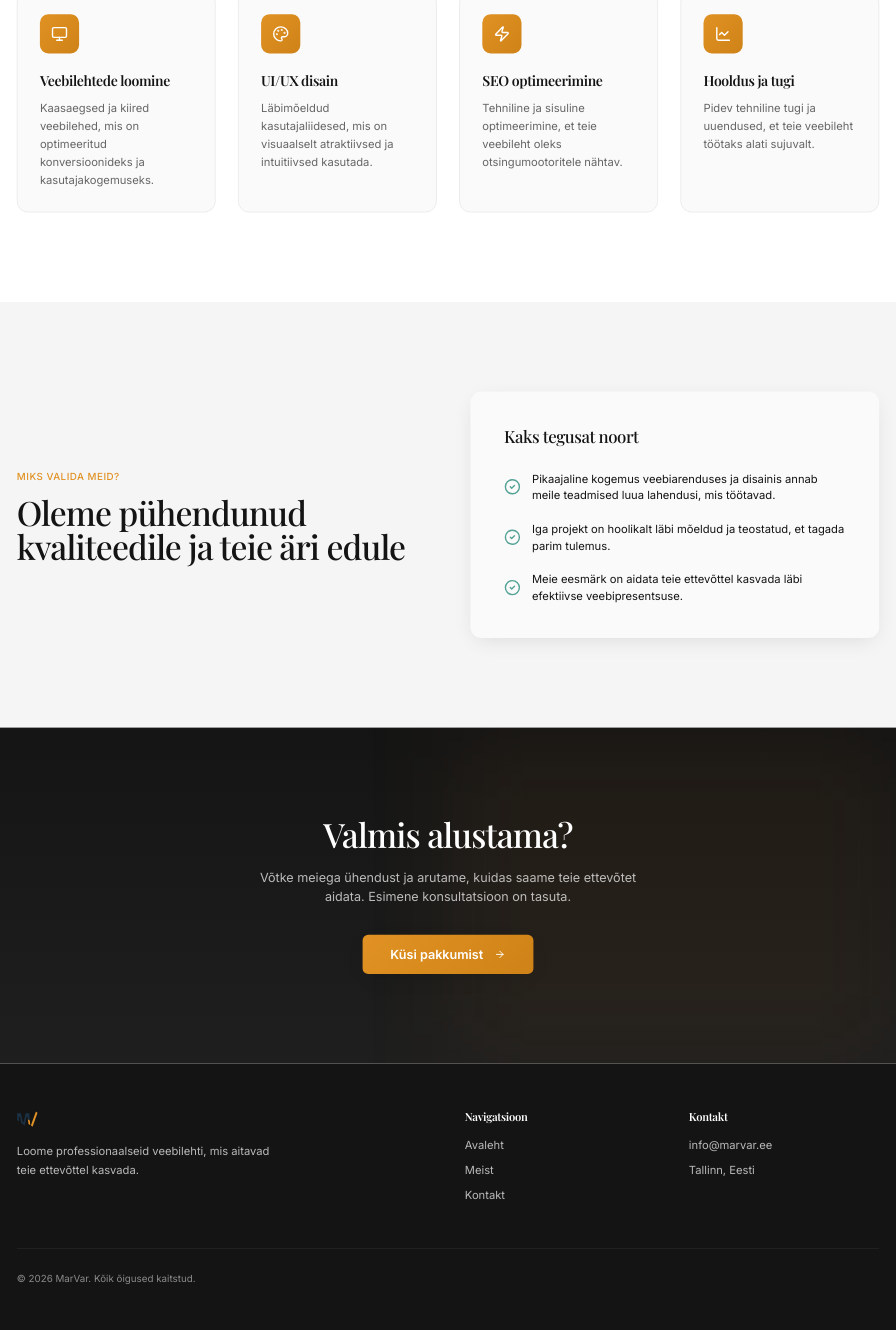
Repository: marvar-tarkvara/MARVAR-LEHT
Page: /
An editor plug-in stored every save of this project. The page is shown before and after the next save, followed by the edit.
The browser window is 1280 px wide. The pictures show the part of the page from y = 1069 to 2989 px (the page is 2969 px tall before and 2989 px after), at 70% of full size.
Some web fonts or font styles are not loaded; a fallback is used. The project was rebuilt for these pictures with package versions that can differ from the ones it lists, and the page was loaded fresh each time. The framework's server and built-in components were replaced by stand-ins that run in the browser. Also part of the build but not shown: next.config.ts, components/ui/tooltip.tsx.

Above is the page before, as saved 2026-01-18 22:50:34.

### app/layout.tsx
import type { Metadata } from "next";
import { Inter, Playfair_Display } from "next/font/google";
import { LanguageProvider } from "@/contexts/LanguageContext";
import { Toaster } from "@/components/ui/toaster";
import { TooltipProvider } from "@/components/ui/tooltip";
import "./globals.css";

const inter = Inter({
  subsets: ["latin"],
  variable: "--font-inter",
});

const playfair = Playfair_Display({
  subsets: ["latin"],
  variable: "--font-playfair",
});

export const metadata: Metadata = {
  title: "MarVar - Veebilehtede loomine",
  description: "Professionaalsed ja konversioonile suunatud veebilehed, mis aitavad teie ettevõttel kasvada. Minimalistlik disain, maksimaalne mõju.",
  icons: {
    icon: "/marvar.svg",
    apple: "/marvar.svg",
  },
};

export default function RootLayout({
  children,
}: Readonly<{
  children: React.ReactNode;
}>) {
  return (
    <html lang="et" suppressHydrationWarning>
      <body className={`${inter.variable} ${playfair.variable} antialiased`}>
        <LanguageProvider>
          <TooltipProvider>
            {children}
            <Toaster />
          </TooltipProvider>
        </LanguageProvider>
      </body>
    </html>
  );
}

### app/page.tsx
import Layout from "@/components/layout/Layout";
import Hero from "@/components/sections/Hero";
import Services from "@/components/sections/Services";
import Trust from "@/components/sections/Trust";
import CTA from "@/components/sections/CTA";

export default function Home() {
  return (
    <Layout>
      <Hero />
      <Services />
      <Trust />
      <CTA />
    </Layout>
  );
}

### components/ui/toaster.tsx
"use client";

import { useToast } from "@/hooks/use-toast";
import { Toast, ToastClose, ToastDescription, ToastProvider, ToastTitle, ToastViewport } from "@/components/ui/toast";

export function Toaster() {
  const { toasts } = useToast();

  return (
    <ToastProvider>
      {toasts.map(function ({ id, title, description, action, ...props }) {
        return (
          <Toast key={id} {...props}>
            <div className="grid gap-1">
              {title && <ToastTitle>{title}</ToastTitle>}
              {description && <ToastDescription>{description}</ToastDescription>}
            </div>
            {action}
            <ToastClose />
          </Toast>
        );
      })}
      <ToastViewport />
    </ToastProvider>
  );
}

### app/globals.css
@tailwind base;
@tailwind components;
@tailwind utilities;

@layer base {
  :root {
    --background: 0 0% 100%;
    --foreground: 0 0% 8%;

    --card: 0 0% 98%;
    --card-foreground: 0 0% 8%;

    --popover: 0 0% 100%;
    --popover-foreground: 0 0% 8%;

    --primary: 0 0% 8%;
    --primary-foreground: 0 0% 100%;

    --secondary: 0 0% 96%;
    --secondary-foreground: 0 0% 8%;

    --muted: 0 0% 94%;
    --muted-foreground: 0 0% 40%;

    --accent: 35 76% 51%;
    --accent-foreground: 0 0% 100%;

    --teal: 170 32% 48%;
    --teal-foreground: 0 0% 100%;

    --destructive: 0 84% 60%;
    --destructive-foreground: 0 0% 100%;

    --border: 0 0% 90%;
    --input: 0 0% 90%;
    --ring: 35 76% 51%;

    --radius: 0.5rem;

    --gradient-accent: linear-gradient(135deg, hsl(35, 76%, 51%) 0%, hsl(35, 80%, 45%) 100%);
    --gradient-teal: linear-gradient(135deg, hsl(170, 32%, 48%) 0%, hsl(170, 35%, 40%) 100%);
    --gradient-dark: linear-gradient(180deg, hsl(0, 0%, 8%) 0%, hsl(0, 0%, 12%) 100%);

    --shadow-soft: 0 4px 24px -4px hsl(0 0% 0% / 0.08);
    --shadow-card: 0 8px 32px -8px hsl(0 0% 0% / 0.12);
    --shadow-elevated: 0 16px 48px -12px hsl(0 0% 0% / 0.16);
  }

  .dark {
    --background: 0 0% 6%;
    --foreground: 0 0% 96%;

    --card: 0 0% 10%;
    --card-foreground: 0 0% 96%;

    --popover: 0 0% 8%;
    --popover-foreground: 0 0% 96%;

    --primary: 0 0% 96%;
    --primary-foreground: 0 0% 6%;

    --secondary: 0 0% 14%;
    --secondary-foreground: 0 0% 96%;

    --muted: 0 0% 16%;
    --muted-foreground: 0 0% 60%;

    --accent: 35 76% 51%;
    --accent-foreground: 0 0% 100%;

    --teal: 170 32% 48%;
    --teal-foreground: 0 0% 100%;

    --destructive: 0 62% 50%;
    --destructive-foreground: 0 0% 100%;

    --border: 0 0% 18%;
    --input: 0 0% 18%;
    --ring: 35 76% 51%;

    --shadow-soft: 0 4px 24px -4px hsl(0 0% 0% / 0.4);
    --shadow-card: 0 8px 32px -8px hsl(0 0% 0% / 0.5);
    --shadow-elevated: 0 16px 48px -12px hsl(0 0% 0% / 0.6);
  }
}

@layer base {
  * {
    @apply border-border;
  }

  html {
    scroll-behavior: smooth;
  }

  body {
    @apply bg-background text-foreground font-sans antialiased;
  }

  h1, h2, h3, h4, h5, h6 {
    @apply font-display font-medium tracking-tight;
  }
}

@layer utilities {
  .text-gradient-accent {
    @apply bg-clip-text text-transparent;
    background-image: var(--gradient-accent);
  }

  .text-gradient-teal {
    @apply bg-clip-text text-transparent;
    background-image: var(--gradient-teal);
  }

  .bg-gradient-accent {
    background: var(--gradient-accent);
  }

  .bg-gradient-teal {
    background: var(--gradient-teal);
  }

  .bg-gradient-dark {
    background: var(--gradient-dark);
  }

  .shadow-soft {
    box-shadow: var(--shadow-soft);
  }

  .shadow-card {
    box-shadow: var(--shadow-card);
  }

  .shadow-elevated {
    box-shadow: var(--shadow-elevated);
  }
}

### components/layout/Layout.tsx
import { ReactNode } from "react";
import Header from "./Header";
import Footer from "./Footer";

interface LayoutProps {
  children: ReactNode;
}

const Layout = ({ children }: LayoutProps) => {
  return (
    <div className="min-h-screen flex flex-col">
      <Header />
      <main className="flex-1 pt-20">{children}</main>
      <Footer />
    </div>
  );
};

export default Layout;

### components/sections/Hero.tsx
"use client";

import { motion } from "framer-motion";
import Link from "next/link";
import { ArrowRight } from "lucide-react";
import { Button } from "@/components/ui/button";
import { useLanguage } from "@/contexts/LanguageContext";

const Hero = () => {
  const { t } = useLanguage();

  return (
    <section className="relative min-h-[90vh] flex items-center justify-center overflow-hidden bg-gradient-dark">
      {/* Background Pattern */}
      <div className="absolute inset-0 opacity-5">
        <div className="absolute inset-0" style={{
          backgroundImage: `radial-gradient(circle at 1px 1px, hsl(var(--foreground)) 1px, transparent 0)`,
          backgroundSize: '40px 40px'
        }} />
      </div>

      {/* Accent Glow */}
      <div className="absolute top-1/4 right-1/4 w-96 h-96 bg-accent/10 rounded-full blur-3xl" />
      <div className="absolute bottom-1/4 left-1/4 w-96 h-96 bg-teal/10 rounded-full blur-3xl" />

      <div className="container mx-auto px-6 relative z-10">
        <div className="max-w-4xl mx-auto text-center">
          <motion.h1
            initial={{ opacity: 0 }}
            animate={{ opacity: 1 }}
            transition={{ duration: 0.5 }}
            className="text-4xl md:text-6xl lg:text-7xl font-display font-medium text-primary-foreground leading-tight"
          >
            {t("hero.title")}{" "}
            <span className="text-gradient-accent">{t("hero.titleHighlight")}</span>
          </motion.h1>

          <motion.p
            initial={{ opacity: 0 }}
            animate={{ opacity: 1 }}
            transition={{ duration: 0.5, delay: 0.1 }}
            className="mt-8 text-lg md:text-xl text-primary-foreground/70 max-w-2xl mx-auto leading-relaxed"
          >
            {t("hero.description")}
          </motion.p>

          <motion.div
            initial={{ opacity: 0 }}
            animate={{ opacity: 1 }}
            transition={{ duration: 0.5, delay: 0.2 }}
            className="mt-12 flex flex-col sm:flex-row gap-4 justify-center"
          >
            <Button variant="hero" asChild>
              <Link href="/kontakt">
                {t("hero.cta")}
                <ArrowRight className="w-5 h-5 ml-2" />
              </Link>
            </Button>
          </motion.div>
        </div>
      </div>

      {/* Scroll Indicator */}
      <motion.div
        initial={{ opacity: 0 }}
        animate={{ opacity: 1 }}
        transition={{ delay: 0.6, duration: 0.5 }}
        className="absolute bottom-8 left-1/2 -translate-x-1/2"
      >
        <div className="w-6 h-10 rounded-full border-2 border-primary-foreground/30 flex justify-center pt-2">
          <motion.div
            animate={{ y: [0, 12, 0] }}
            transition={{ duration: 1.5, repeat: Infinity }}
            className="w-1.5 h-1.5 rounded-full bg-accent"
          />
        </div>
      </motion.div>
    </section>
  );
};

export default Hero;

### components/sections/Services.tsx
"use client";

import { motion } from "framer-motion";
import { Monitor, Palette, Zap, LineChart } from "lucide-react";
import { useLanguage } from "@/contexts/LanguageContext";

const Services = () => {
  const { t } = useLanguage();

  const services = [
    {
      icon: Monitor,
      title: t("services.web.title"),
      description: t("services.web.description"),
    },
    {
      icon: Palette,
      title: t("services.design.title"),
      description: t("services.design.description"),
    },
    {
      icon: Zap,
      title: t("services.seo.title"),
      description: t("services.seo.description"),
    },
    {
      icon: LineChart,
      title: t("services.maintenance.title"),
      description: t("services.maintenance.description"),
    },
  ];

  return (
    <section className="py-24 md:py-32 bg-background">
      <div className="container mx-auto px-6">
        <motion.div
          initial={{ opacity: 0 }}
          whileInView={{ opacity: 1 }}
          viewport={{ once: true, margin: "-50px" }}
          transition={{ duration: 0.4 }}
          className="text-center mb-16"
        >
          <span className="text-teal text-sm font-medium uppercase tracking-wider">
            {t("services.title")}
          </span>
          <h2 className="mt-4 text-3xl md:text-4xl lg:text-5xl font-display font-medium">
            {t("services.subtitle")}
          </h2>
        </motion.div>

        <div className="grid grid-cols-1 md:grid-cols-2 lg:grid-cols-4 gap-8">
          {services.map((service, index) => (
            <motion.div
              key={index}
              initial={{ opacity: 0 }}
              whileInView={{ opacity: 1 }}
              viewport={{ once: true, margin: "-30px" }}
              transition={{ duration: 0.4, delay: index * 0.05 }}
              className="group p-8 rounded-2xl bg-card border border-border hover:border-accent/30 transition-all duration-300 hover:shadow-card"
            >
              <div className="w-14 h-14 rounded-xl bg-gradient-accent flex items-center justify-center mb-6 group-hover:scale-110 transition-transform duration-300">
                <service.icon className="w-6 h-6 text-accent-foreground" />
              </div>
              <h3 className="text-xl font-semibold mb-3">{service.title}</h3>
              <p className="text-muted-foreground leading-relaxed">
                {service.description}
              </p>
            </motion.div>
          ))}
        </div>
      </div>
    </section>
  );
};

export default Services;

### components/sections/Trust.tsx
"use client";

import { motion } from "framer-motion";
import { CheckCircle2 } from "lucide-react";
import { useLanguage } from "@/contexts/LanguageContext";

const Trust = () => {
  const { t } = useLanguage();

  const features = [
    t("trust.experience.description"),
    t("trust.quality.description"),
    t("trust.results.description"),
  ];

  return (
    <section className="py-24 md:py-32 bg-secondary">
      <div className="container mx-auto px-6">
        <div className="grid grid-cols-1 lg:grid-cols-2 gap-16 items-center">
          {/* Title */}
          <motion.div
            initial={{ opacity: 0 }}
            whileInView={{ opacity: 1 }}
            viewport={{ once: true, margin: "-50px" }}
            transition={{ duration: 0.4 }}
          >
            <span className="text-accent text-sm font-medium uppercase tracking-wider">
              {t("trust.title")}
            </span>
            <h2 className="mt-4 text-3xl md:text-4xl lg:text-5xl font-display font-medium leading-tight">
              {t("trust.subtitle")}
            </h2>
          </motion.div>

          {/* Features */}
          <motion.div
            initial={{ opacity: 0 }}
            whileInView={{ opacity: 1 }}
            viewport={{ once: true, margin: "-50px" }}
            transition={{ duration: 0.4, delay: 0.1 }}
            className="bg-card rounded-2xl p-8 md:p-12 shadow-card"
          >
            <h3 className="text-2xl font-display font-medium mb-8">
              {t("trust.experience.title")}
            </h3>
            <div className="space-y-6">
              {features.map((feature, index) => (
                <motion.div
                  key={index}
                  initial={{ opacity: 0 }}
                  whileInView={{ opacity: 1 }}
                  viewport={{ once: true }}
                  transition={{ duration: 0.3, delay: 0.15 + index * 0.05 }}
                  className="flex items-center gap-4"
                >
                  <CheckCircle2 className="w-6 h-6 text-teal flex-shrink-0" />
                  <span className="text-foreground">{feature}</span>
                </motion.div>
              ))}
            </div>
          </motion.div>
        </div>
      </div>
    </section>
  );
};

export default Trust;

### components/sections/CTA.tsx
"use client";

import { motion } from "framer-motion";
import Link from "next/link";
import { ArrowRight } from "lucide-react";
import { Button } from "@/components/ui/button";
import { useLanguage } from "@/contexts/LanguageContext";

const CTA = () => {
  const { t } = useLanguage();

  return (
    <section className="py-24 md:py-32 bg-gradient-dark relative overflow-hidden">
      {/* Background Accent */}
      <div className="absolute top-0 right-0 w-1/2 h-full bg-accent/5 blur-3xl" />

      <div className="container mx-auto px-6 relative z-10">
        <motion.div
          initial={{ opacity: 0 }}
          whileInView={{ opacity: 1 }}
          viewport={{ once: true, margin: "-50px" }}
          transition={{ duration: 0.4 }}
          className="max-w-3xl mx-auto text-center"
        >
          <h2 className="text-3xl md:text-4xl lg:text-5xl font-display font-medium text-primary-foreground leading-tight">
            {t("cta.title")}
          </h2>
          <p className="mt-6 text-lg text-primary-foreground/70 max-w-xl mx-auto">
            {t("cta.description")}
          </p>
          <motion.div
            initial={{ opacity: 0 }}
            whileInView={{ opacity: 1 }}
            viewport={{ once: true }}
            transition={{ duration: 0.4, delay: 0.1 }}
            className="mt-10"
          >
            <Button variant="hero" size="xl" asChild>
              <Link href="/kontakt">
                {t("cta.button")}
                <ArrowRight className="w-5 h-5 ml-2" />
              </Link>
            </Button>
          </motion.div>
        </motion.div>
      </div>
    </section>
  );
};

export default CTA;

### components/layout/Footer.tsx
"use client";

import Link from "next/link";
import Image from "next/image";
import { useLanguage } from "@/contexts/LanguageContext";

const Footer = () => {
  const { t } = useLanguage();

  return (
    <footer className="bg-primary text-primary-foreground py-16">
      <div className="container mx-auto px-6">
        <div className="grid grid-cols-1 md:grid-cols-4 gap-12">
          {/* Brand */}
          <div className="md:col-span-2">
            <Link href="/">
              <Image src="/marvar.svg" alt="MarVar logo" width={32} height={32} className="h-8 w-8" />
            </Link>
            <p className="mt-4 text-primary-foreground/70 max-w-sm leading-relaxed">
              {t("footer.description")}
            </p>
          </div>

          {/* Navigation */}
          <div>
            <h4 className="font-semibold mb-4">{t("footer.navigation")}</h4>
            <nav className="flex flex-col gap-3">
              <Link href="/" className="text-primary-foreground/70 hover:text-accent transition-colors">
                {t("nav.home")}
              </Link>
              <Link href="/meist" className="text-primary-foreground/70 hover:text-accent transition-colors">
                {t("nav.about")}
              </Link>
              <Link href="/kontakt" className="text-primary-foreground/70 hover:text-accent transition-colors">
                {t("nav.contact")}
              </Link>
            </nav>
          </div>

          {/* Contact */}
          <div>
            <h4 className="font-semibold mb-4">{t("footer.contact")}</h4>
            <div className="flex flex-col gap-3 text-primary-foreground/70">
              <a href="mailto:info@marvar.ee" className="hover:text-accent transition-colors">
                info@marvar.ee
              </a>
              <p>Tallinn, Eesti</p>
            </div>
          </div>
        </div>

        <div className="mt-16 pt-8 border-t border-primary-foreground/10 flex flex-col md:flex-row justify-between items-center gap-4">
          <p className="text-sm text-primary-foreground/50">
            © {new Date().getFullYear()} MarVar. {t("footer.rights")}
          </p>
        </div>
      </div>
    </footer>
  );
};

export default Footer;

### components/ui/button.tsx
import * as React from "react";
import { Slot } from "@radix-ui/react-slot";
import { cva, type VariantProps } from "class-variance-authority";

import { cn } from "@/lib/utils";

const buttonVariants = cva(
  "inline-flex items-center justify-center gap-2 whitespace-nowrap rounded-md text-sm font-medium ring-offset-background transition-all duration-300 focus-visible:outline-none focus-visible:ring-2 focus-visible:ring-ring focus-visible:ring-offset-2 disabled:pointer-events-none disabled:opacity-50 [&_svg]:pointer-events-none [&_svg]:size-4 [&_svg]:shrink-0",
  {
    variants: {
      variant: {
        default: "bg-primary text-primary-foreground hover:bg-primary/90",
        destructive: "bg-destructive text-destructive-foreground hover:bg-destructive/90",
        outline: "border border-input bg-background hover:bg-accent hover:text-accent-foreground",
        secondary: "bg-secondary text-secondary-foreground hover:bg-secondary/80",
        ghost: "hover:bg-accent hover:text-accent-foreground",
        link: "text-primary underline-offset-4 hover:underline",
        accent: "bg-gradient-accent text-accent-foreground hover:opacity-90 shadow-soft hover:shadow-card",
        teal: "bg-gradient-teal text-teal-foreground hover:opacity-90 shadow-soft hover:shadow-card",
        hero: "bg-gradient-accent text-accent-foreground text-base font-semibold px-8 py-6 rounded-lg shadow-card hover:shadow-elevated hover:scale-[1.02] active:scale-[0.98]",
        heroOutline: "border-2 border-accent text-accent hover:bg-accent hover:text-accent-foreground text-base font-semibold px-8 py-6 rounded-lg",
      },
      size: {
        default: "h-10 px-4 py-2",
        sm: "h-9 rounded-md px-3",
        lg: "h-12 rounded-md px-8 text-base",
        xl: "h-14 rounded-lg px-10 text-lg",
        icon: "h-10 w-10",
      },
    },
    defaultVariants: {
      variant: "default",
      size: "default",
    },
  },
);

export interface ButtonProps
  extends React.ButtonHTMLAttributes<HTMLButtonElement>,
    VariantProps<typeof buttonVariants> {
  asChild?: boolean;
}

const Button = React.forwardRef<HTMLButtonElement, ButtonProps>(
  ({ className, variant, size, asChild = false, ...props }, ref) => {
    const Comp = asChild ? Slot : "button";
    return <Comp className={cn(buttonVariants({ variant, size, className }))} ref={ref} {...props} />;
  },
);
Button.displayName = "Button";

export { Button, buttonVariants };

Loaded but not shown: lib/utils.ts (common file); contexts/LanguageContext.tsx (242 lines, source omitted); components/ui/toast.tsx (113 lines, source omitted); components/layout/Header.tsx (129 lines, source omitted); hooks/use-toast.ts (186 lines, source omitted); tailwind.config.ts (99 lines, source omitted)

After the next save:
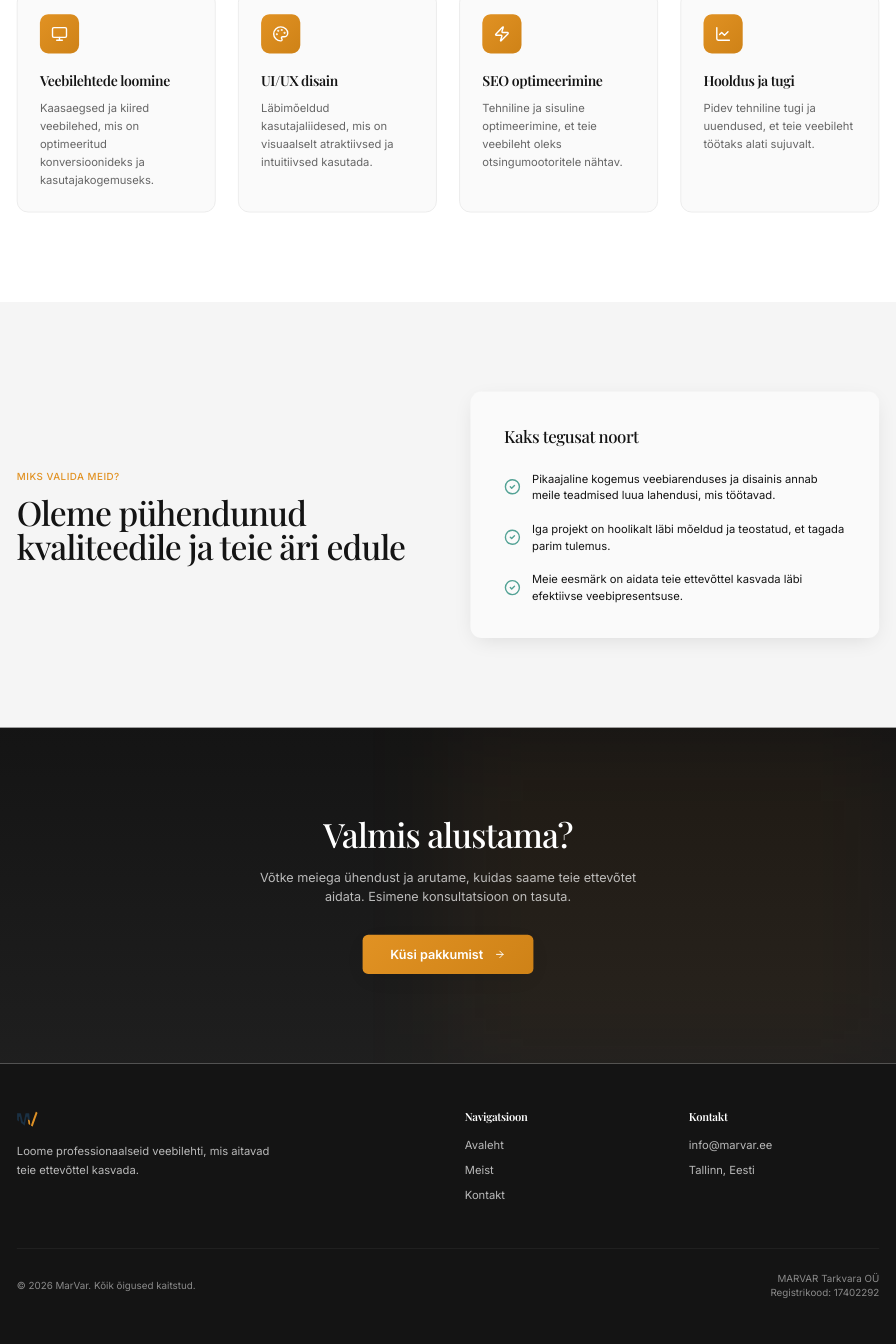
Saved 46 h 24 min later.
--- a/components/layout/Footer.tsx
+++ b/components/layout/Footer.tsx
@@ -53,6 +53,10 @@ const Footer = () => {
           <p className="text-sm text-primary-foreground/50">
             © {new Date().getFullYear()} MarVar. {t("footer.rights")}
           </p>
+          <div className="text-sm text-primary-foreground/50 text-center md:text-right">
+            <p>MARVAR Tarkvara OÜ</p>
+            <p>Registrikood: 17402292</p>
+          </div>
         </div>
       </div>
     </footer>
